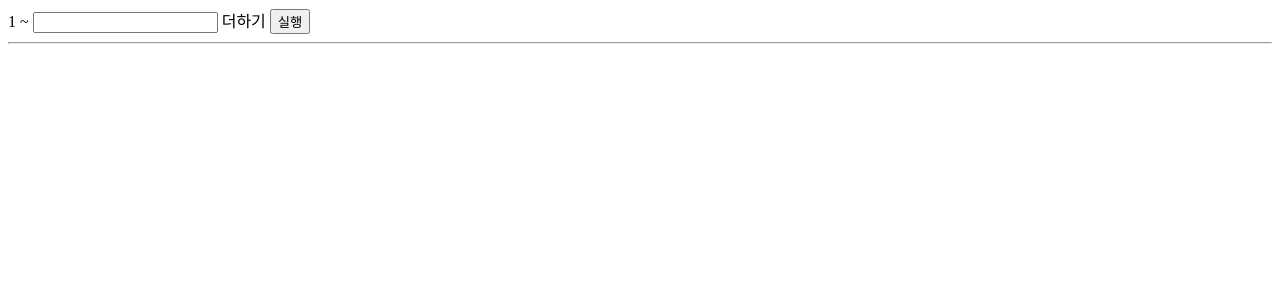
Repository: Jin0207/javaScript
Page: http://localhost/day1230/NewFile.jsp
These files come from the project's save history. The page is drawn as it stood at one moment and after the next save; the edit follows.
The browser window is 1280 px wide. The pictures show the whole page.
The page is served by Tomcat 9.

Above is the page before, as saved 2021-12-30 08:38:14.

### day1230/src/main/webapp/NewFile.jsp
<%@ page language="java" contentType="text/html; charset=UTF-8"
    pageEncoding="UTF-8"%>
<!DOCTYPE html>
<html>
<head>
<meta charset="UTF-8">
<title>Insert title here</title>
<script type="text/javascript">
	function cumulated () {
		const num = document.getElementById("num").value;
		let re = 0;

		for(let i = 1; i <= num; i++){
			re += i;
		}

		document.getElementById("re").innerHTML=re;
	}
</script>
</head>
<body>
	1 ~ <input type="text" id="num"> 더하기
	<button onclick="cumulated()">실행</button>
	<hr>
	<span id="re"></span>
</body>
</html>

After the next save:
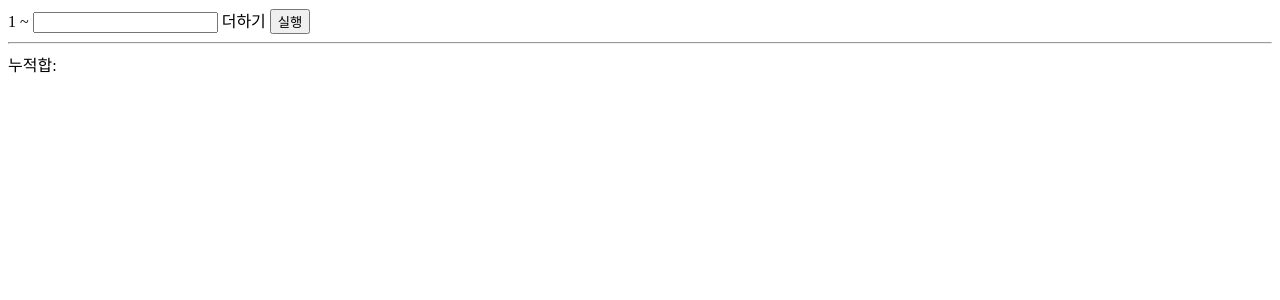
Saved 11 s later.
--- a/day1230/src/main/webapp/NewFile.jsp
+++ b/day1230/src/main/webapp/NewFile.jsp
@@ -22,6 +22,6 @@
 	1 ~ <input type="text" id="num"> 더하기
 	<button onclick="cumulated()">실행</button>
 	<hr>
-	<span id="re"></span>
+	누적합: <span id="re"></span>
 </body>
 </html>
